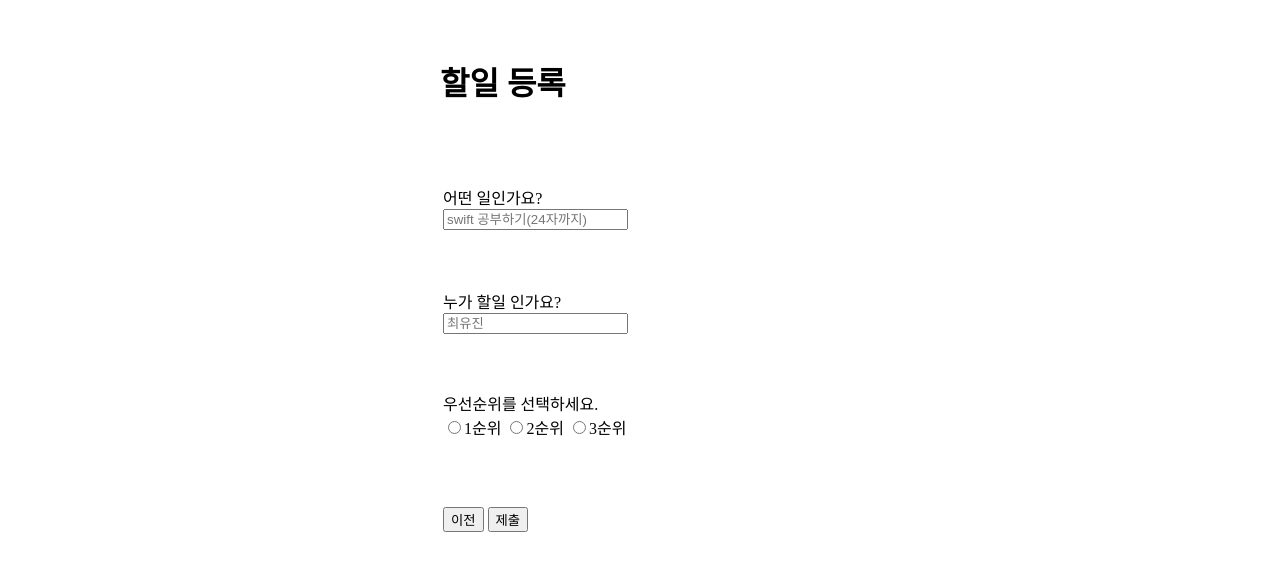
Repository: estellechoi/jsp-project-todo
Page: http://localhost/todo/jsp/form.jsp
These files come from the project's save history. The page is drawn as it stood at one moment and after the next save; the edit follows.
The browser window is 1280 px wide. The pictures show the whole page.
The page is served by Tomcat 9. Other server files are loaded and not shown.

Above is the page before, as saved 2019-12-08 06:56:19.

### todo/src/main/webapp/jsp/form.jsp
<%@ page language="java" contentType="text/html; charset=UTF-8"
    pageEncoding="UTF-8"%>
<!DOCTYPE html>
<html>
<head>
<meta charset="UTF-8">
<title>Insert title here</title>
<style>
	table, h1 {
		width: 400px;
		margin: auto;
	}

	h1 {
		padding-top: 50px;
		padding-bottom: 50px;
	}

	.block_input {
		height: 100px;
	}
</style>
</head>
<body>
	<h1>할일 등록</h1>
	<form action="TodoAddServlet" method="post">
		<table>
			<tr>
				<td class="block_input">
					<span>어떤 일인가요?</span> <br />
					<input type="text" name="title" placeholder="swift 공부하기(24자까지)" />
				</td>
			</tr>
			<tr>
				<td class="block_input">
					<span>누가 할일 인가요?</span> <br />
					<input type="text" name="name" placeholder="최유진" />
				</td>
			</tr>
			<tr>
				<td class="block_input">
					<span>우선순위를 선택하세요.</span> <br />
					<input type="radio" name="sequence" value="1" />1순위
					<input type="radio" name="sequence" value="2" />2순위
					<input type="radio" name="sequence" value="3" />3순위
				</td>
			</tr>
			<tr>
				<td class="block_input">
					<input type="button" value="이전" />
					<input type="submit" value="제출" />
				</td>
			</tr>
		</table>
	</form>
</body>
</html>

After the next save:
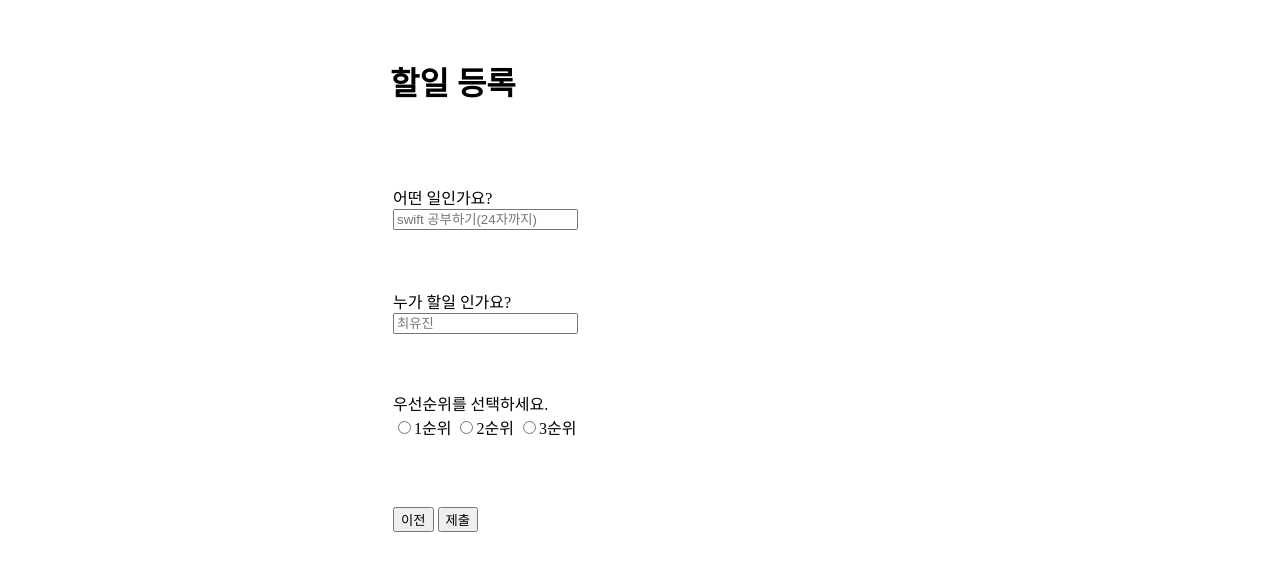
Saved 6 s later.
--- a/todo/src/main/webapp/jsp/form.jsp
+++ b/todo/src/main/webapp/jsp/form.jsp
@@ -7,7 +7,7 @@
 <title>Insert title here</title>
 <style>
 	table, h1 {
-		width: 400px;
+		width: 500px;
 		margin: auto;
 	}
 
